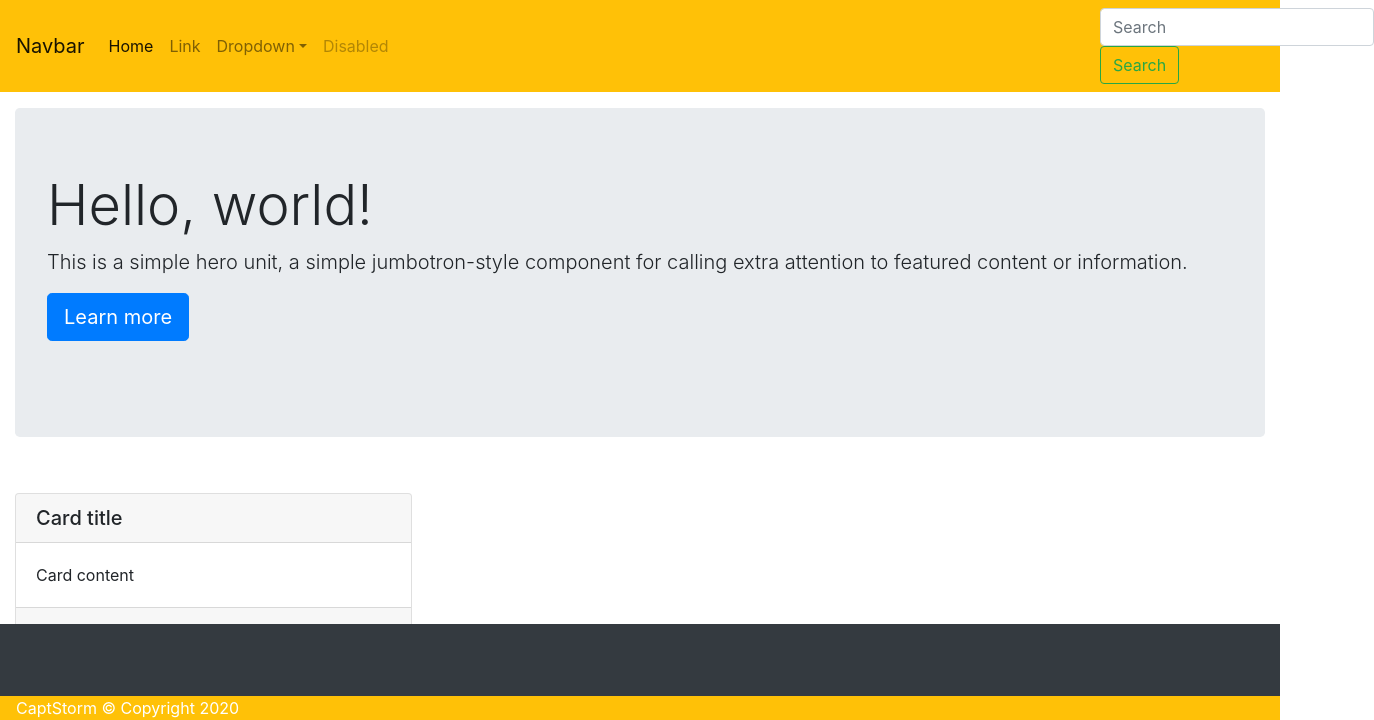
Repository: CaptainStorm21/complete-react16-bootstrap-passing-props
Page: /
These files come from the project's save history. The page is drawn as it stood at one moment and after the next save; the edit follows.
The browser window is 1280 px wide. The page is 1374 px wide, then 1359 px, so the pictures cover 1374 px, including what lies to the right of the window. The pictures show the whole page.
The project was rebuilt for these pictures with package versions that can differ from the ones it lists, and the page was loaded fresh each time.

Above is the page before, as saved 2020-04-23 14:22:19.

### public/index.html
<!DOCTYPE html>
<html lang="en">
<head>
  <title>Bootstrap Example</title>
  <meta charset="utf-8">
  <meta name="viewport" content="width=device-width, initial-scale=1">
  <link rel="stylesheet" href="https://maxcdn.bootstrapcdn.com/bootstrap/4.4.1/css/bootstrap.min.css">
  <script src="https://ajax.googleapis.com/ajax/libs/jquery/3.4.1/jquery.min.js"></script>
  <script src="https://cdnjs.cloudflare.com/ajax/libs/popper.js/1.16.0/umd/popper.min.js"></script>
  <script src="https://maxcdn.bootstrapcdn.com/bootstrap/4.4.1/js/bootstrap.min.js"></script>
</head>
<body>
<div id="root"></div>

</body>
</html>

### src/index.js
import React from 'react';
import ReactDOM from 'react-dom';
import './style.css';
import App from './App';
import * as serviceWorker from './serviceWorker';


ReactDOM.render(
  <React.StrictMode>
    <App />
  </React.StrictMode>,
  document.getElementById('root')
);

// If you want your app to work offline and load faster, you can change
// unregister() to register() below. Note this comes with some pitfalls.
// Learn more about service workers: https://bit.ly/CRA-PWA
serviceWorker.unregister();

### src/style.css




body {
  margin: 0;
  font-family: -apple-system, BlinkMacSystemFont, 'Segoe UI', 'Roboto', 'Oxygen',
    'Ubuntu', 'Cantarell', 'Fira Sans', 'Droid Sans', 'Helvetica Neue',
    sans-serif;
  -webkit-font-smoothing: antialiased;
  -moz-osx-font-smoothing: grayscale;
}

.footer {
  position: absolute;
  bottom: 0;
  width: 100%;
  height: 60px; /* Set the fixed height of the footer here */
  line-height: 60px; /* Vertically center the text there */
  background-color: purple;
}

### src/App.js
import React from "react";
import Main from "./components/Main";
import ContanerCard from "./components/ContainerCard";

import Header from "./components/layout/Header";
import Footer from "./components/layout/Footer";

function App() {
  return (
    <div>
      <Header />
      <div classNameName="container-fluid">
        <div className="col-lg-12 py-3">
          <Main />
        </div>
        <div className="container-fluid">
          <div className="row">
            <ContanerCard />
          </div>
        </div>
        <Footer />
      </div>
    </div>
  );
}

export default App;

### src/components/Main.js
import React from "react";

function Main() {
  return (
    <div className="jumbotron">
      <h1 className="display-4">Hello, world!</h1>
      <p className="lead">
        This is a simple hero unit, a simple jumbotron-style component for
        calling extra attention to featured content or information.
        <p className = "py-3">
        <a className="btn btn-primary btn-lg" href="#" role="button">
          Learn more
        </a>
        </p>
      </p>
    </div>
  );
}

export default Main;

### src/components/ContainerCard.js
import React from "react";

function ContainerCard() {
  return (
    <div className="col-md-4 col-lg-4 py-2">
    <div className="card">
      <h5 className="card-header">Card title</h5>
      <div className="card-body">
        <p className="card-text">Card content</p>
      </div>
      <div className="card-footer">Card footer</div>
    </div>
    </div>
  );
}

export default ContainerCard;

### src/components/layout/Header.js
import React from "react";
import Navbar from "./Navbar";

function Header() {
  return (
    <nav className="navbar navbar-expand-lg navbar-light bg-warning">
              <Navbar />
    </nav>
  );
}

export default Header;

### src/components/layout/Footer.js
import React from "react";

function Footer() {
  return (
    <footer className="bg-dark py-5 fixed-bottom ">
      <div className="container"></div>
      <div className="container-fluid">
        <div className="row bg-info">
        <div className="bg-warning fixed-bottom">
          <span className="p-3 text-white">
            CaptStorm &copy; Copyright 2020
          </span>
        </div>        </div>
      </div>
    </footer>
  );
}

export default Footer;

### src/components/layout/Navbar.js
import React from "react";
import "./Nav.css";

function Navbar() {
  return (
    <>
   <a className="navbar-brand" href="/">Navbar</a>
        <button className="navbar-toggler" type="button" data-toggle="collapse" data-target="#navbarSupportedContent" aria-controls="navbarSupportedContent" aria-expanded="false" aria-label="Toggle navigation">
          <span className="navbar-toggler-icon"></span>
        </button>

        <div className="collapse navbar-collapse" id="navbarSupportedContent">
          <ul className="navbar-nav mr-auto">
            <li className="nav-item active">
              <a className="nav-link" href="/">Home <span className="sr-only">(current)</span></a>
            </li>
            <li className="nav-item">
              <a className="nav-link" href="/">Link</a>
            </li>
            <li className="nav-item dropdown">
              <a className="nav-link dropdown-toggle" href="/" id="navbarDropdown" role="button" data-toggle="dropdown" aria-haspopup="true" aria-expanded="false">
                Dropdown
              </a>
              <div className="dropdown-menu" aria-labelledby="navbarDropdown">
                <a className="dropdown-item" href="/">Action</a>
                <a className="dropdown-item" href="/">Another action</a>
                <div className="dropdown-divider"></div>
                <a className="dropdown-item" href="/">Something else here</a>
              </div>
            </li>
            <li className="nav-item">
              <a className="nav-link disabled" href="/">Disabled</a>
            </li>
          </ul>
          <div className = "pull-right col-2">
          <form className="form-inline  col-2">
            <input className="form-control " type="search" placeholder="Search" aria-label="Search" />
            <button className="btn btn-outline-success" type="submit">Search</button>
          </form></div>
        </div>
  </>
)
}

export default Navbar;

### src/components/layout/Nav.css
@media (min-width: 768px) {
    .navbar-nav {
      width: 100%;
      text-align: center;
    }
    .navbar-nav > li {
      float: none;
      display: inline-block;
    }
    .navbar-nav > li.navbar-right {
      float: right !important;
    }
  }

Loaded but not shown: src/serviceWorker.js (common file)

After the next save:
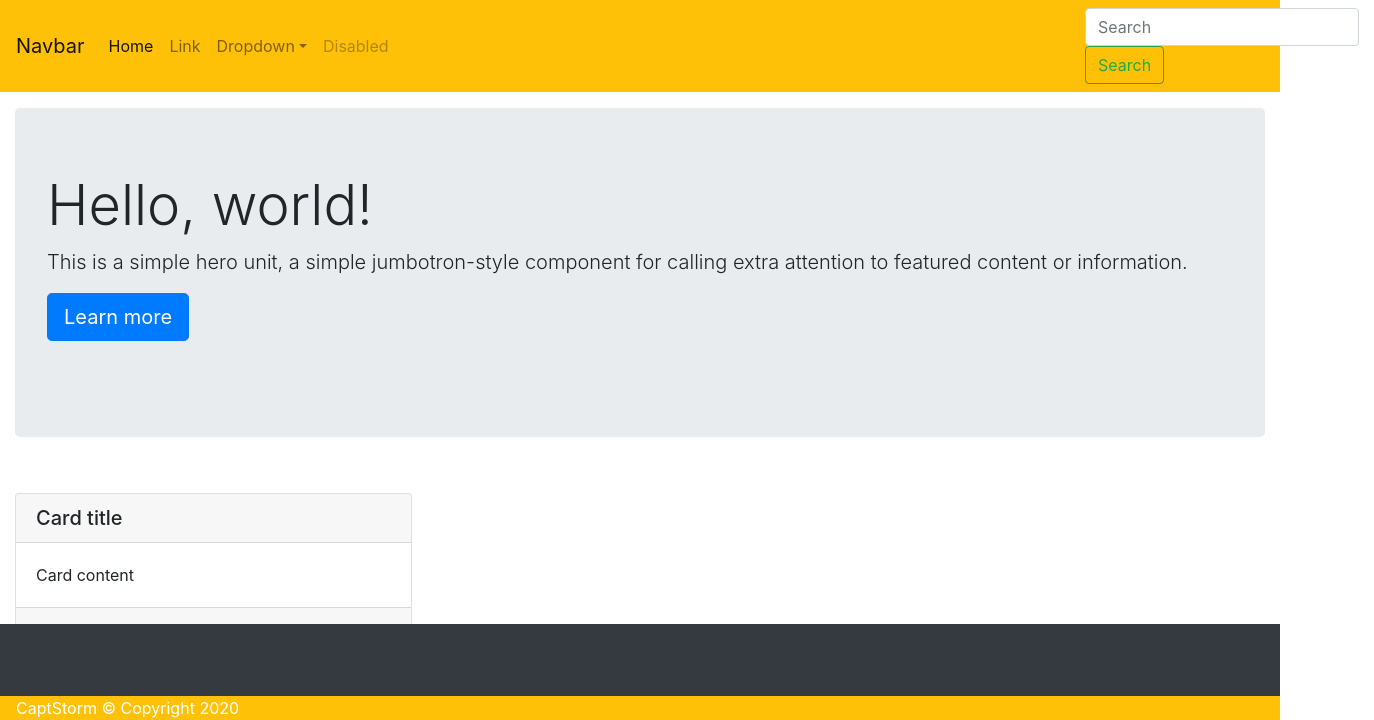
Saved 6 s later.
--- a/src/components/layout/Navbar.js
+++ b/src/components/layout/Navbar.js
@@ -33,7 +33,7 @@ function Navbar() {
             </li>
           </ul>
           <div className = "pull-right col-2">
-          <form className="form-inline  col-2">
+          <form className="form-inline ">
             <input className="form-control " type="search" placeholder="Search" aria-label="Search" />
             <button className="btn btn-outline-success" type="submit">Search</button>
           </form></div>
